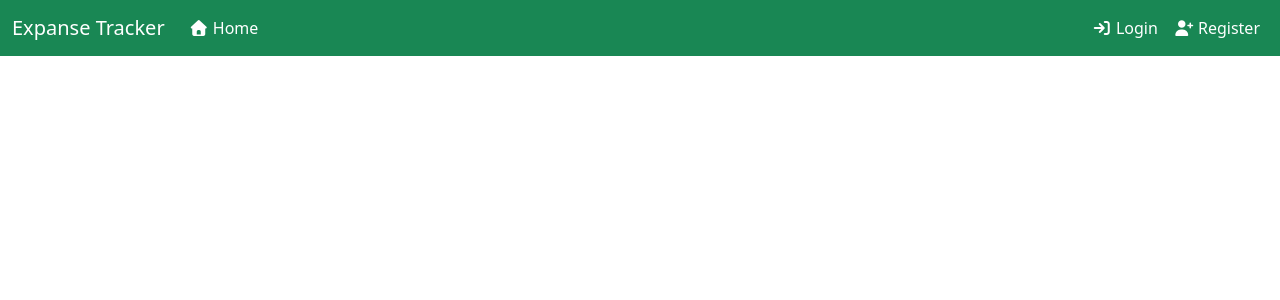
Repository: Hashim-Ansari-82/Java_Project
Page: http://localhost/Online_Expanse_Tracker/
The author's editor kept a copy of each file at every save. The page is drawn from the files as they stood at one save, then again after the next save.
The browser window is 1280 px wide. The pictures show the whole page.
Some web libraries are served in a nearby version. The page is served by Tomcat 9.

Above is the page before, as saved 2026-05-25 04:52:02.

After the next save:
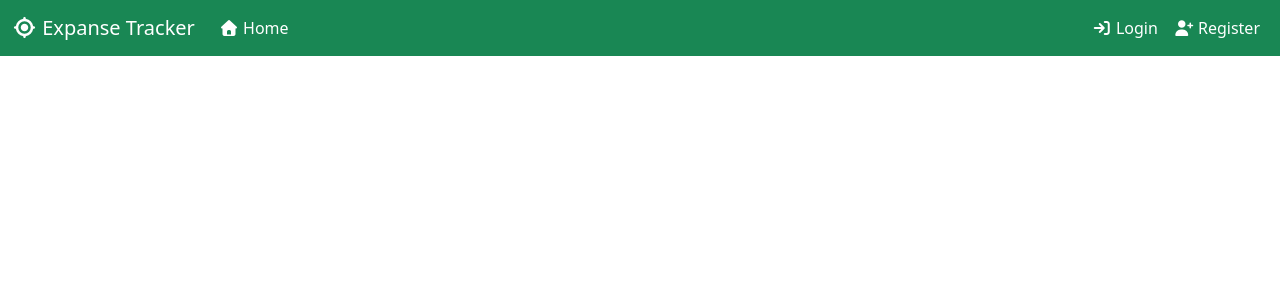
Saved 48 s later.
--- a/Online_Expanse_Tracker/src/main/webapp/index.jsp
+++ b/Online_Expanse_Tracker/src/main/webapp/index.jsp
@@ -20,7 +20,7 @@
 
 	<nav class="navbar navbar-expand-lg navbar-dark bg-success">
 		<div class="container-fluid">
-			<a class="navbar-brand" href="#">Expanse Tracker</a>
+			<a class="navbar-brand" href="#"><i class="fa-solid fa-location-crosshairs"></i> Expanse Tracker</a>
 			<button class="navbar-toggler" type="button"
 				data-bs-toggle="collapse" data-bs-target="#navbarSupportedContent"
 				aria-controls="navbarSupportedContent" aria-expanded="false"
